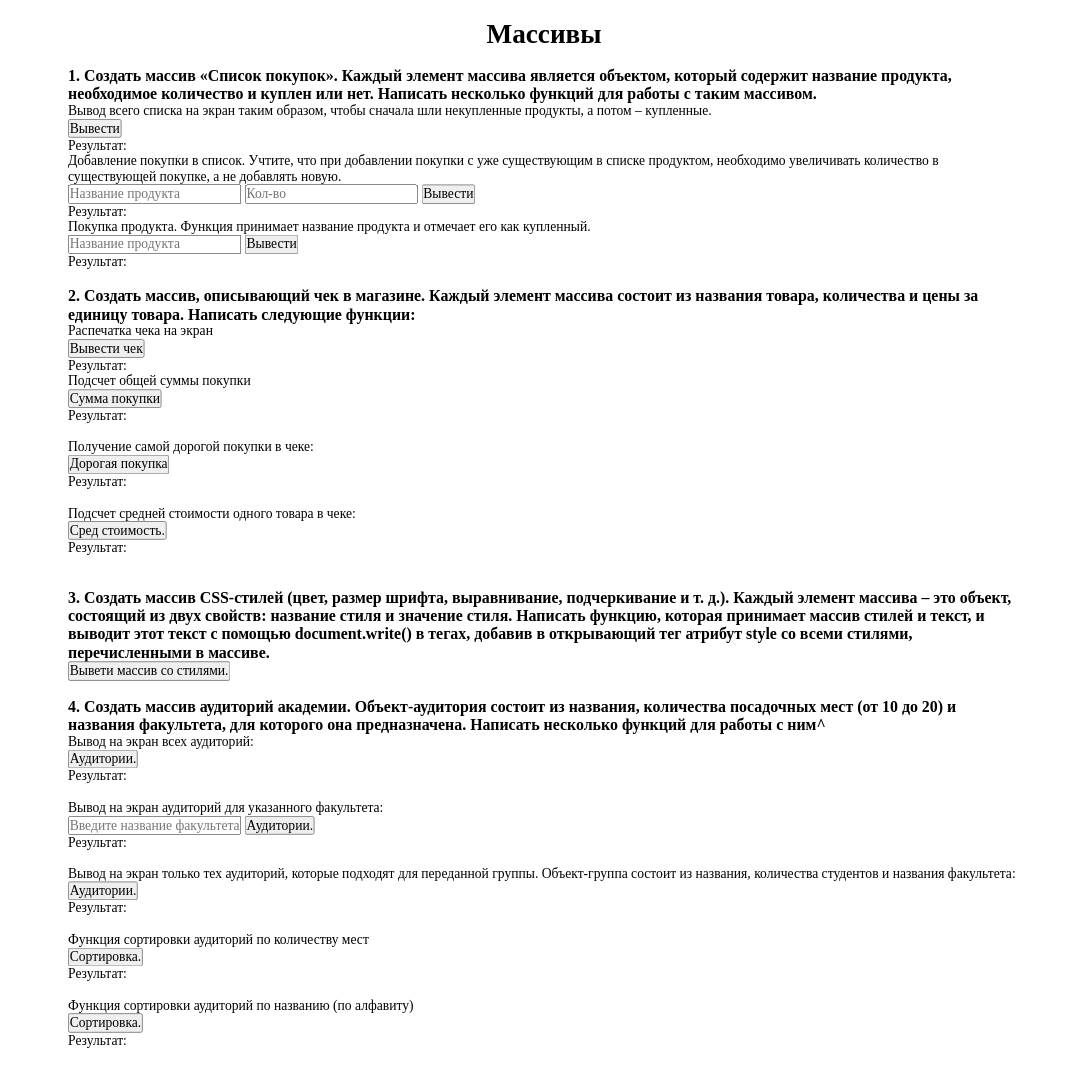
Repository: NastyaGavrilova/Beetroot-js
Page: HW5/index.html
These files come from the project's save history. The page is drawn as it stood at one moment and after the next save; the edit follows.
The browser window is 1280 px wide. The pictures show the whole page, at 85% of full size.

Above is the page before, as saved 2021-10-23 14:47:53.

### HW5/index.html
<!DOCTYPE html>
<html lang="en">
  <head>
    <meta charset="UTF-8" />
    <meta http-equiv="X-UA-Compatible" content="IE=edge" />
    <meta name="viewport" content="width=device-width, initial-scale=1.0" />
    <link
      rel="stylesheet"
      href="https://cdnjs.cloudflare.com/ajax/libs/normalize/8.0.1/normalize.min.css"
      integrity="sha512-NhSC1YmyruXifcj/KFRWoC561YpHpc5Jtzgvbuzx5VozKpWvQ+4nXhPdFgmx8xqexRcpAglTj9sIBWINXa8x5w=="
      crossorigin="anonymous"
      referrerpolicy="no-referrer"
    />
    <link rel="stylesheet" href="./index.css" />
    <title>Arrays</title>
  </head>
  <body>
    <h1>Массивы</h1>
    <section class="c-task1">
      <div class="c-task1__wrapper">
        <h3 class="title">
          1. Создать массив «Список покупок». Каждый элемент массива является
          объектом, который содержит название продукта, необходимое количество и
          куплен или нет. Написать несколько функций для работы с таким
          массивом.
        </h3>
        <p class="paragraph">
          Вывод всего списка на экран таким образом, чтобы сначала шли
          некупленные продукты, а потом – купленные.
        </p>
        <button id="js-task1-btn1">Вывести</button>
        <p class="paragraph">Результат: <span id="js-task1-span1"></span></p>
        <p class="paragraph">
          Добавление покупки в список. Учтите, что при добавлении покупки с уже
          существующим в списке продуктом, необходимо увеличивать количество в
          существующей покупке, а не добавлять новую.
        </p>
        <form action="#" method="get">
          <input
            type="text"
            id="js-task1-input1"
            placeholder="Название продукта"
          />
          <input type="number" id="js-task1-input2" placeholder="Кол-во" />
          <button id="js-task1-btn2">Вывести</button>
        </form>
        <p class="paragraph">Результат: <span id="js-task1-span2"></span></p>
        <p class="paragraph">
          Покупка продукта. Функция принимает название продукта и отмечает его
          как купленный.
        </p>
        <form action="#" method="get">
          <input
            type="text"
            id="js-task1-input4"
            placeholder="Название продукта"
          />
          <button id="js-task1-btn3">Вывести</button>
        </form>
        <p class="paragraph">Результат: <span id="js-task1-span3"></span></p>
      </div>
    </section>
    <section class="c-task2">
      <div class="c-task2__wrapper">
        <h3 class="title">
          2. Создать массив, описывающий чек в магазине. Каждый элемент массива
          состоит из названия товара, количества и цены за единицу товара.
          Написать следующие функции:
        </h3>
        <p>Распечатка чека на экран</p>
        <button id="js-task2-btn1">Вывести чек</button>
        <p>
          Результат: <br />
          <span id="js-task2-span1"></span>
        </p>

        <p>Подсчет общей суммы покупки</p>
        <button id="js-task2-btn2">Сумма покупки</button>
        <p>
          Результат: <br />
          <span id="js-task2-span2"></span><br />
        </p>
        <p>Получение самой дорогой покупки в чеке:</p>
        <button id="js-task2-btn3">Дорогая покупка</button>
        <p>
          Результат: <br />
          <span id="js-task2-span3"></span><br />
        </p>
        <p>Подсчет средней стоимости одного товара в чеке:</p>
        <button id="js-task2-btn4">Сред стоимость.</button>
        <p>
          Результат: <br />
          <span id="js-task2-span4"></span><br />
        </p>
      </div>
    </section>
    <section class="c-task3">
      <div class="c-task3__wrapper">
        <h3 class="title">
          3. Создать массив CSS-стилей (цвет, размер шрифта, выравнивание,
          подчеркивание и т. д.). Каждый элемент массива – это объект, состоящий
          из двух свойств: название стиля и значение стиля. Написать функцию,
          которая принимает массив стилей и текст, и выводит этот текст с
          помощью document.write() в тегах, добавив в открывающий тег атрибут
          style со всеми стилями, перечисленными в массиве.
        </h3>
        <button id="js-task3-btn">Вывети массив со стилями.</button>
      </div>
    </section>
    <section class="c-task4">
      <div class="c-task4__wrapper">
        <h3 class="title">
          4. Создать массив аудиторий академии. Объект-аудитория состоит из
          названия, количества посадочных мест (от 10 до 20) и названия
          факультета, для которого она предназначена. Написать несколько функций
          для работы с ним^
        </h3>
        <p>Вывод на экран всех аудиторий:</p>
        <button id="js-task4-btn1">Аудитории.</button>
        <p>
          Результат: <br />
          <span id="js-task4-span1"></span><br />
        </p>
        <p>Вывод на экран аудиторий для указанного факультета:</p>
        <form action="#" method="get">
          <input
            type="text"
            id="js-task4-input1"
            placeholder="Введите название факультета"
          />
          <button id="js-task4-btn2">Аудитории.</button>
        </form>
        <p>
          Результат: <br />
          <span id="js-task4-span2"></span><br />
        </p>

        <p>
          Вывод на экран только тех аудиторий, которые подходят для переданной
          группы. Объект-группа состоит из названия, количества студентов и
          названия факультета:
        </p>
        <button id="js-task4-btn3">Аудитории.</button>
        <p>
          Результат: <br />
          <span id="js-task4-span3"></span><br />
        </p>
        <p>Функция сортировки аудиторий по количеству мест</p>
        <button id="js-task4-btn4">Сортировка.</button>
        <p>
          Результат: <br />
          <span id="js-task4-span4"></span><br />
        </p>
        <p>Функция сортировки аудиторий по названию (по алфавиту)</p>
        <button id="js-task4-btn5">Сортировка.</button>
        <p>
          Результат: <br />
          <span id="js-task4-span5"></span><br />
        </p>
      </div>
    </section>
    <script src="index.js"></script>
  </body>
</html>

### HW5/index.css
* {
  box-sizing: border-box;
  padding: 0;
  margin: 0;
}
body {
  max-width: 1200px;
  margin: 0 auto;
}
h1 {
  text-align: center;
  margin-bottom: 20px;
}

section {
  padding: 0 40px 20px 40px;
}

### HW5/index.js
// task 1

class Product {
  constructor(params = {}) {
    Object.assign(
      this,
      {
        nameOfProduct: null,
        amount: 1,
        bought: false,
      },
      { ...params }
    );
  }
  // словие сортировки для метода sort
  static sortDefault(a, b) {
    return (
      (a.bought - b.bought) * 10 +
      a.nameOfProduct.localeCompare(b.nameOfProduct)
    );
  }
  // метод для вывода списка
  static showProduct(a) {
    return ` ${a.nameOfProduct} (x${a.amount}) ${
      a.bought ? "куплено" : "не куплено"
    }`;
  }
}
// масив обьектов продуктов
let shopList = [
  { nameOfProduct: "Банан", amount: 2 },
  { nameOfProduct: "Апельсин", amount: 5, bought: true },
  { nameOfProduct: "Молоко", bought: true },
  { nameOfProduct: "Груша", amount: 10 },
].map((prodDef) => new Product(prodDef));

// добавление покупки
let addToShopList = (prodDef) => {
  // при добавлении покупки с уже существующим в списке продуктом, необходимо увеличивать количество в существующей покупке, а не добавлять новую
  let prod = shopList.find(
    (prod) => prod.nameOfProduct === prodDef.nameOfProduct
  );
  if (!prod) return shopList.push(new Product(prodDef));
  prod.amount += prodDef.amount;
};
// функция куаленного продукта
let boughtProduct = (product) => {
  // при вводе существующего продукта его статус меняеться на "куплено"
  let prod = shopList.find(
    (prod) => prod.nameOfProduct === product.nameOfProduct
  );
  if (!prod.bought) return (prod.bought += true);
};
// кнопка для функции сортировки и вівода
let btn1 = document.getElementById("js-task1-btn1");
btn1.addEventListener("click", (e) => {
  e.preventDefault();
  let showSortByBought = document.getElementById("js-task1-span1");
  shopList.sort(Product.sortDefault);
  return (showSortByBought.innerHTML = shopList.map(Product.showProduct));
});
// кнопка для добавления сортировки и вівода
let btn1_2 = document.getElementById("js-task1-btn2");
btn1_2.addEventListener("click", (e) => {
  e.preventDefault();
  let showAddProduct = document.getElementById("js-task1-span2");
  let nameProd = document.getElementById("js-task1-input1");
  let amountProd = document.getElementById("js-task1-input2");
  addToShopList({
    _nameOfProduct: nameProd.value,
    get nameOfProduct() {
      return this._nameOfProduct;
    },
    set nameOfProduct(value) {
      this._nameOfProduct = value;
    },
    amount: +amountProd.value,
  });
  shopList.sort(Product.sortDefault);
  return (showAddProduct.innerHTML = shopList.map(Product.showProduct));
});
// кнопка для изменения статуса продукта, сортировки и вівода
let btn1_3 = document.getElementById("js-task1-btn3");
btn1_3.addEventListener("click", (e) => {
  let showBoughtPoduct = document.getElementById("js-task1-span3");
  let nameProduct = document.getElementById("js-task1-input4");
  boughtProduct({ nameOfProduct: nameProduct.value });
  shopList.sort(Product.sortDefault);
  return (showBoughtPoduct.innerHTML = shopList.map(Product.showProduct));
});

// task 2

class ShopCheck {
  constructor(params = {}) {
    Object.assign(
      this,
      {
        nameShopProduct: null,
        price: 1,
        amount: 1,
      },
      { ...params }
    );
  }
  // сортировка сначала дорогие продуты
  static sortExpensive(a, b) {
    if (a.amount * a.price < b.amount * b.price) {
      return 1;
    }
    if (a.amount * a.price > b.amount * b.price) {
      return -1;
    }
    return 0;
  }
}
let shopCheck = [
  {
    nameOfProduct: "Зубная паста",
    price: 30,
  },
  {
    nameOfProduct: "Бананы",
    price: 10,
    amount: 20,
  },
  {
    nameOfProduct: "Губки (упаковка)",
    price: 30,
    amount: 4,
  },
  {
    nameOfProduct: "Капуста",
    price: 90,
    amount: 2,
  },
  {
    nameOfProduct: "Кастрюля",
    price: 150,
    amount: 1,
  },
].map((prodDef) => new ShopCheck(prodDef));

// переобразование метода toString()
ShopCheck.prototype.toString = function checkToString() {
  return `${this.nameOfProduct} (x${this.amount}), цена ${this.price}грн за 1 ед.`;
};
// функция вывода массива обьектов
let showCheckList = (spanEl) => {
  let str = " ";
  for (let i = 0; i < shopCheck.length; i++) {
    if (shopCheck[i] !== undefined)
      str += i + " - " + shopCheck[i].toString() + "<br>";
  }
  return (spanEl.innerHTML = str);
};
// функция подсчета общей суммы покупок
let sumCheck = (arr) => {
  let result = 0;
  const initialValue = 0;
  result = arr.reduce(function (accumulator, currentValue) {
    return accumulator + currentValue.price * currentValue.amount;
  }, initialValue);
  return result;
};

// функция подсчета средней стоимости товара в чеке
let mediumPriceInChek = (arr) => {
  let result = 0;
  result = sumCheck(arr) / arr.length;
  return result;
};

let btn2 = document.getElementById("js-task2-btn1");
btn2.addEventListener("click", (e) => {
  e.preventDefault();
  let outputShopCheck = document.getElementById("js-task2-span1");
  showCheckList(outputShopCheck);
});

let btn2_1 = document.getElementById("js-task2-btn2");
btn2_1.addEventListener("click", (e) => {
  e.preventDefault();
  let outputSumCheck = document.getElementById("js-task2-span2");
  outputSumCheck.innerHTML = sumCheck(shopCheck) + " грн";
});

let btn2_3 = document.getElementById("js-task2-btn3");
btn2_3.addEventListener("click", (e) => {
  e.preventDefault();
  let outputExpensiveProd = document.getElementById("js-task2-span3");
  shopCheck.sort(ShopCheck.sortExpensive);
  outputExpensiveProd.innerHTML = shopCheck[0].toString();
});

let btn2_4 = document.getElementById("js-task2-btn4");
btn2_4.addEventListener("click", (e) => {
  e.preventDefault();
  let outputAvgPrice = document.getElementById("js-task2-span4");
  outputAvgPrice.innerHTML = mediumPriceInChek(shopCheck) + " грн";
});

// task3

let styles = [
  {
    color: "palevioletred",
    "font-weight": "bold",
    padding: "10px",
    border: "4px double #E800FD",
    text: "Lorem ipsum dolor sit amet consectetur adipisicing elit. Sed, dolorem. Nam, dignissimos alias laborum, minima doloremque repudiandae nostrum est ea ipsa atque similique voluptate voluptates blanditiis vero! Molestiae, similique iusto.",
  },
  {
    color: "blue",
    "font-weight": "bold",
    padding: "10px",
    border: "4px solid #1E2A9F",
    text: "Lorem ipsum dolor sit amet consectetur adipisicing elit. Sed, dolorem. Nam, dignissimos alias laborum, minima doloremque repudiandae nostrum est ea ipsa atque similique voluptate voluptates blanditiis vero! Molestiae, similique iusto.",
  },
];

function newContentStyles() {
  styles.forEach((item) => {
    document.write(
      `<p style = "color: ${item.color}; font-weight: ${item["font-weight"]}; padding: ${item["padding"]}; border: ${item.border}">${item.text}</p> `
    );
  });
}
let btn3 = document.getElementById("js-task3-btn");
btn3.addEventListener("click", (e) => {
  e.preventDefault();
  newContentStyles();
});

// task 4

class Audiences {
  constructor(params = {}) {
    Object.assign(
      this,
      {
        name: null,
        seats: 1,
        faculty: null,
      },
      { ...params }
    );
  }

  static sortBySeats(a, b) {
    if (a.seats < b.seats) {
      return 1;
    }
    if (a.seats > b.seats) {
      return -1;
    }
    return 0;
  }
}
Audiences.prototype.toString = function checkToString() {
  return `${this.name} (x${this.seats}), Факультет ${this.faculty} `;
};

let audincesList = [
  {
    name: "Первая",
    seats: 230,
    faculty: "Компьютерных технологий",
  },
  {
    name: "Вторая",
    seats: 135,
    faculty: "Филологии",
  },
  {
    name: "Третья",
    seats: 97,
    faculty: "Экономики",
  },
  {
    name: "Четвертая",
    seats: 188,
    faculty: "Компьютерных технологий",
  },
  {
    name: "Пятая",
    seats: 104,
    faculty: "Архитектуры",
  },
].map((prodDef) => new Audiences(prodDef));

let showAudiences = (arr, spanEl) => {
  let str = " ";
  for (let i = 0; i < arr.length; i++) {
    if (arr[i] !== undefined) str += i + " - " + arr[i].toString() + "<br>";
  }
  return (spanEl.innerHTML = str);
};

let showAudiencesByFaculty = (arr, faculty, spanEl) => {
  let str = " ";
  for (let i = 0; i < arr.length; i++) {
    if (arr[i].faculty === faculty) {
      str += i + " - " + arr[i].toString() + "<br>";
    }
  }
  return (spanEl.innerHTML = str);
};

let group = {
  name: "Инженерия программного обеспечения",
  students: 60,
  faculty: "Компьютерных технологий",
};

let findAudiencesForGroup = (arr, obj, spanEl) => {
  for (let i = 0; i < arr.length; i++) {
    if (arr[i].seats === obj.students || arr[i].seats > group.students) {
      return (spanEl.innerHTML = ` ${arr[i].name} подходит для группы ${group.name} !`);
    }
  }
};

let btn4 = document.getElementById("js-task4-btn1");
btn4.addEventListener("click", (e) => {
  e.preventDefault();
  let audiencesShow = document.getElementById("js-task4-span1");
  showAudiences(audincesList, audiencesShow);
});

let btn4_1 = document.getElementById("js-task4-btn2");
btn4_1.addEventListener("click", (e) => {
  e.preventDefault();
  let audienceShow1 = document.getElementById("js-task4-span2");
  let facultyName = document.getElementById("js-task4-input1");
  showAudiencesByFaculty(audincesList, facultyName.value, audienceShow1);
});

let btn4_2 = document.getElementById("js-task4-btn3");
btn4_2.addEventListener("click", (e) => {
  e.preventDefault();
  let audiencesShow2 = document.getElementById("js-task4-span3");
  findAudiencesForGroup(audincesList, group, audiencesShow2);
});

let btn4_3 = document.getElementById("js-task4-btn4");
btn4_3.addEventListener("click", (e) => {
  e.preventDefault();
  let sortAudiencesBySeats = document.getElementById("js-task4-span4");
  audincesList.sort(Audiences.sortBySeats);
  showAudiences(audincesList, sortAudiencesBySeats);
});

let btn4_4 = document.getElementById("js-task4-btn5");
btn4_4.addEventListener("click", (e) => {
  e.preventDefault();
  let sortByAlphabit = document.getElementById("js-task4-span5");
  audincesList.sort();
  showAudiences(audincesList, sortByAlphabit);
});

After the next save:
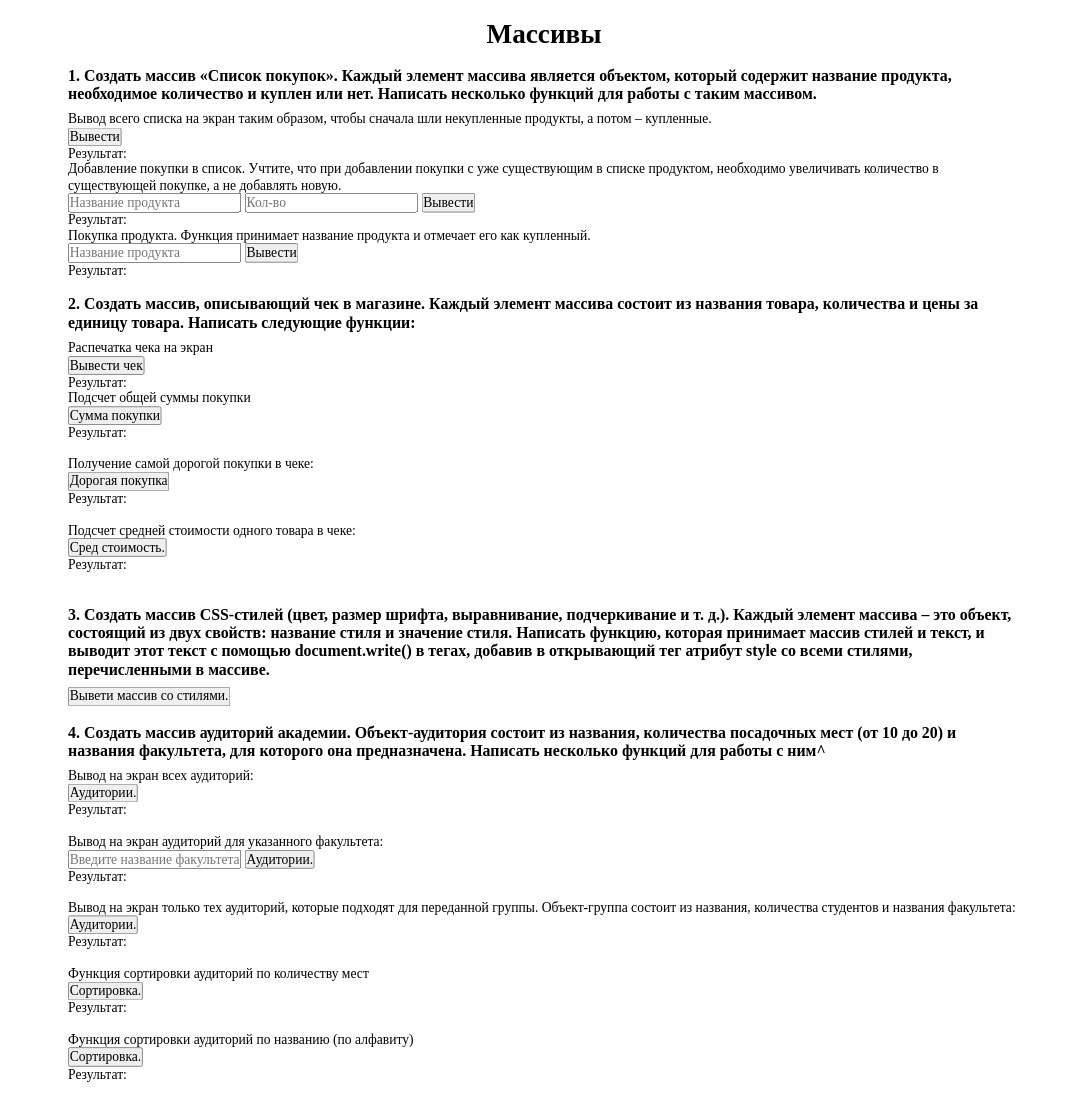
Saved 22 s later.
--- a/HW5/index.css
+++ b/HW5/index.css
@@ -15,3 +15,7 @@ h1 {
 section {
   padding: 0 40px 20px 40px;
 }
+
+.title {
+  margin-bottom: 10px;
+}
